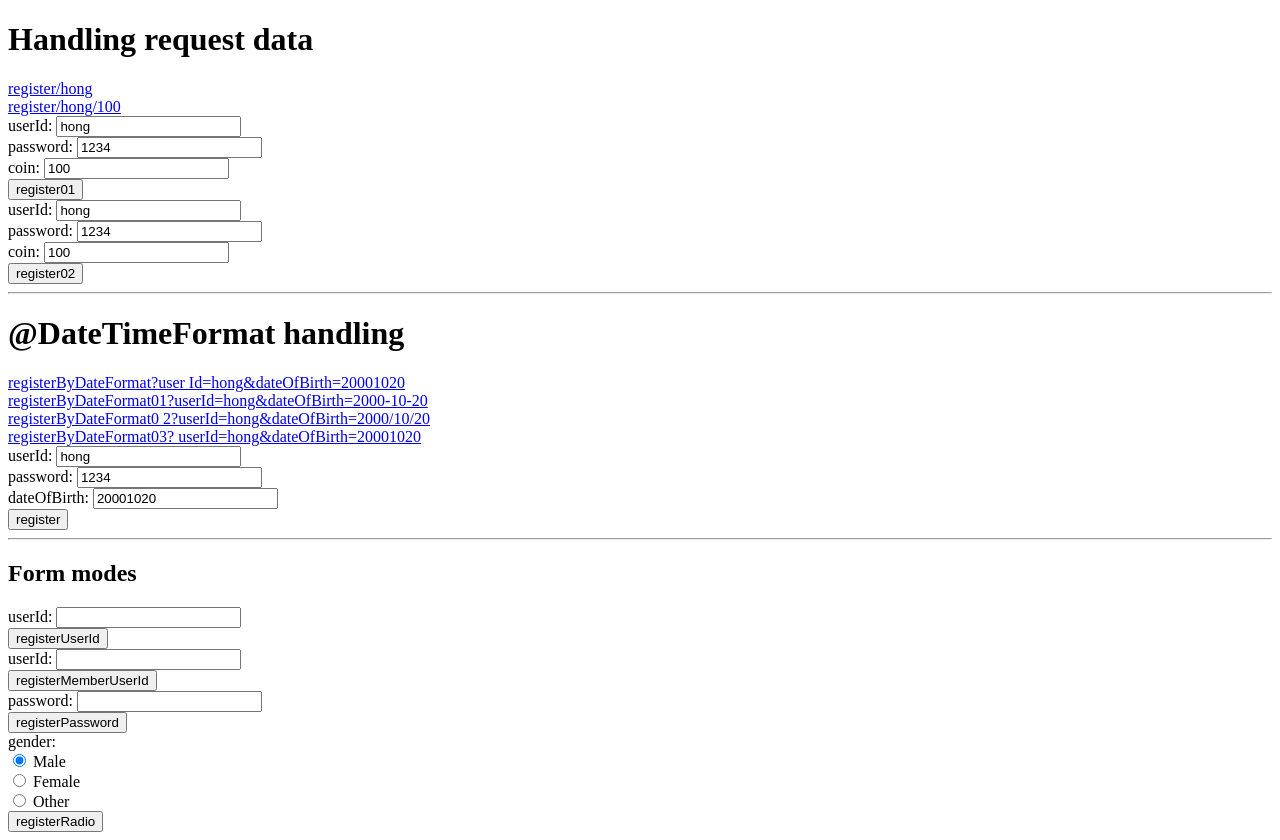
Repository: tomaters/more-springboot
Page: http://localhost/DevProject/WEB-INF/views/register.jsp
These files come from the project's save history. The page is drawn as it stood at one moment and after the next save; the edit follows.
The browser window is 1280 px wide. The pictures show the whole page.
The page is served by Tomcat 9. Nobody is signed in. Other server files are loaded and not shown. The template is opened directly, without the code that normally fills it, so the values that code supplies are empty.

Above is the page before, as saved 2023-12-29 04:06:14.

### DevProject/src/main/webapp/WEB-INF/views/register.jsp
<%@ page language="java" contentType="text/html; charset=UTF-8"
	pageEncoding="UTF-8" session="false"%>
<!DOCTYPE html>
<html>
<head>
<meta charset="UTF-8">
<title>Handling request data</title>
</head>
<body>
	<h1>Handling request data</h1>
	<a href="register/hong">register/hong</a>
	<br>
	<a href="register/hong/100">register/hong/100</a>
	<br>
	<form action="/register01" method="post">
		userId: <input type="text" name="userId" value="hong"><br>
		password: <input type="text" name="password" value="1234"><br>
		coin: <input type="text" name="coin" value="100"><br> <input
			type="submit" value="register01">
	</form>
	<form action="/register02" method="post">
		userId: <input type="text" name="userId" value="hong"><br>
		password: <input type="text" name="password" value="1234"><br>
		coin: <input type="text" name="coin" value="100"><br> <input
			type="submit" value="register02">
	</form>
	<hr>
	<h1>@DateTimeFormat handling</h1>
	<a href="registerByDateFormat?userId=hong&dateOfBirth=20001020">registerByDateFormat?user
		Id=hong&ampdateOfBirth=20001020</a>
	<br>
	<a href="registerByDateFormat01?userId=hong&dateOfBirth=2000-10-
20">registerByDateFormat01?userId=hong&ampdateOfBirth=2000-10-20</a>
	<br>
	<a href="registerByDateFormat02?userId=hong&dateOfBirth=2000/10/20">registerByDateFormat0
		2?userId=hong&ampdateOfBirth=2000/10/20</a>
	<br>
	<a href="registerByDateFormat03?userId=hong&dateOfBirth=20001020">registerByDateFormat03?
		userId=hong&ampdateOfBirth=20001020</a>
	<br>
	<form action="/register" method="post">
		userId: <input type="text" name="userId" value="hong"><br>
		password: <input type="text" name="password" value="1234"><br>
		dateOfBirth: <input type="text" name="dateOfBirth" value="20001020"><br>
		<input type="submit" value="register">
	</form>
	<hr>
	<h2>Form modes</h2>
	<form action="/registerUserId" method="post">
		userId: <input type="text" name="userId" /><br> <input
			type="submit" value="registerUserId">
	</form>
	<form action="/registerMemberUserId" method="post">
		userId: <input type="text" name="userId" /><br> <input
			type="submit" value="registerMemberUserId">
	</form>
	<form action="/registerPassword" method="post">
		password: <input type="password" name="password" /><br> <input
			type="submit" value="registerPassword">
	</form>
	<form action="/registerRadio" method="post">
		gender: <br> <input type="radio" name="gender" value="male"
			checked> Male<br> <input type="radio" name="gender"
			value="female"> Female<br> <input type="radio"
			name="gender" value="other"> Other<br> <input
			type="submit" value="registerRadio">
	</form>
</body>
</html>

After the next save:
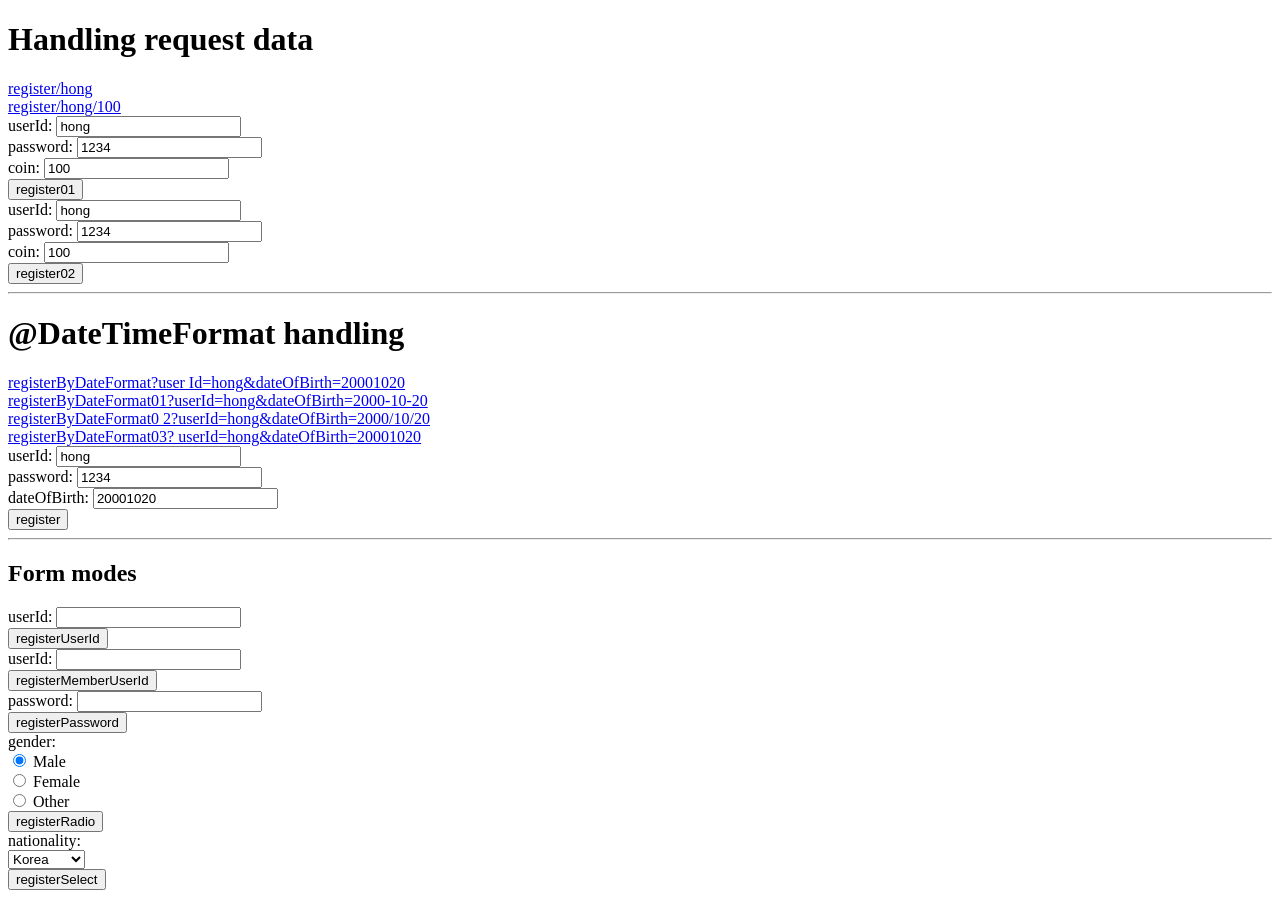
Saved 25 s later.
--- a/DevProject/src/main/webapp/WEB-INF/views/register.jsp
+++ b/DevProject/src/main/webapp/WEB-INF/views/register.jsp
@@ -65,5 +65,15 @@
 			name="gender" value="other"> Other<br> <input
 			type="submit" value="registerRadio">
 	</form>
+	<form action="/registerSelect" method="post">nationality:</form>
+	<select name="nationality">
+		<option value="Korea" selected>Korea</option>
+		<option value="Germany">Germany</option>
+		<option value="Australia">Australia</option>
+		<option value="Canada">Canada</option>
+	</select>
+	<br>
+	<input type="submit" value="registerSelect">
+
 </body>
 </html>
